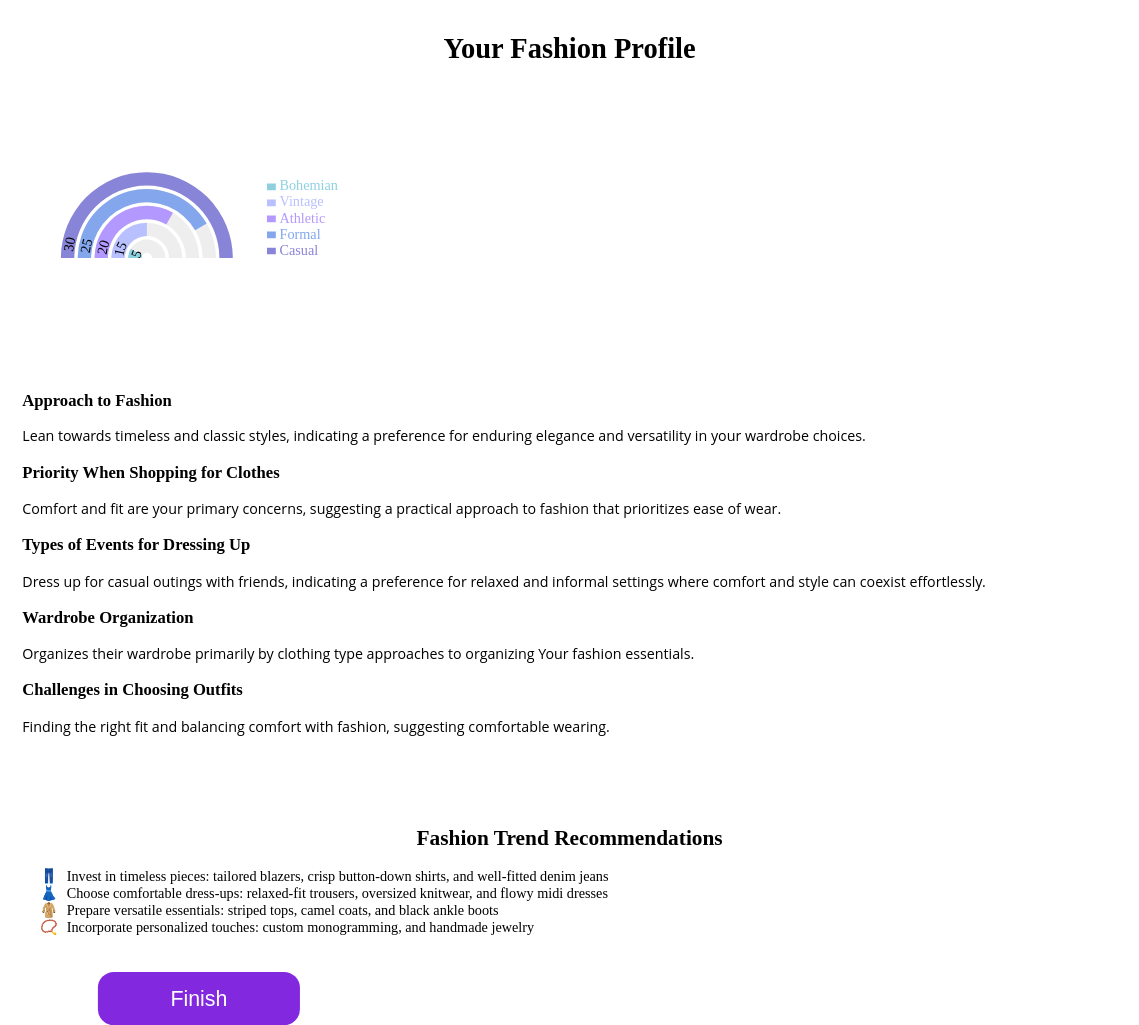
Repository: navnneett/clotho
Page: /QuizQuestions/Chart
An editor plug-in stored every save of this project. The page is shown before and after the next save, followed by the edit.
The browser window is 1280 px wide. The pictures show the whole page, at 89% of full size.
The project was rebuilt for these pictures with package versions that can differ from the ones it lists, and the page was loaded fresh each time. The framework's server and built-in components were replaced by stand-ins that run in the browser. Also part of the build but not shown: next.config.js, next.config.mjs.

Above is the page before, as saved 2024-04-06 19:41:17.

After the next save:
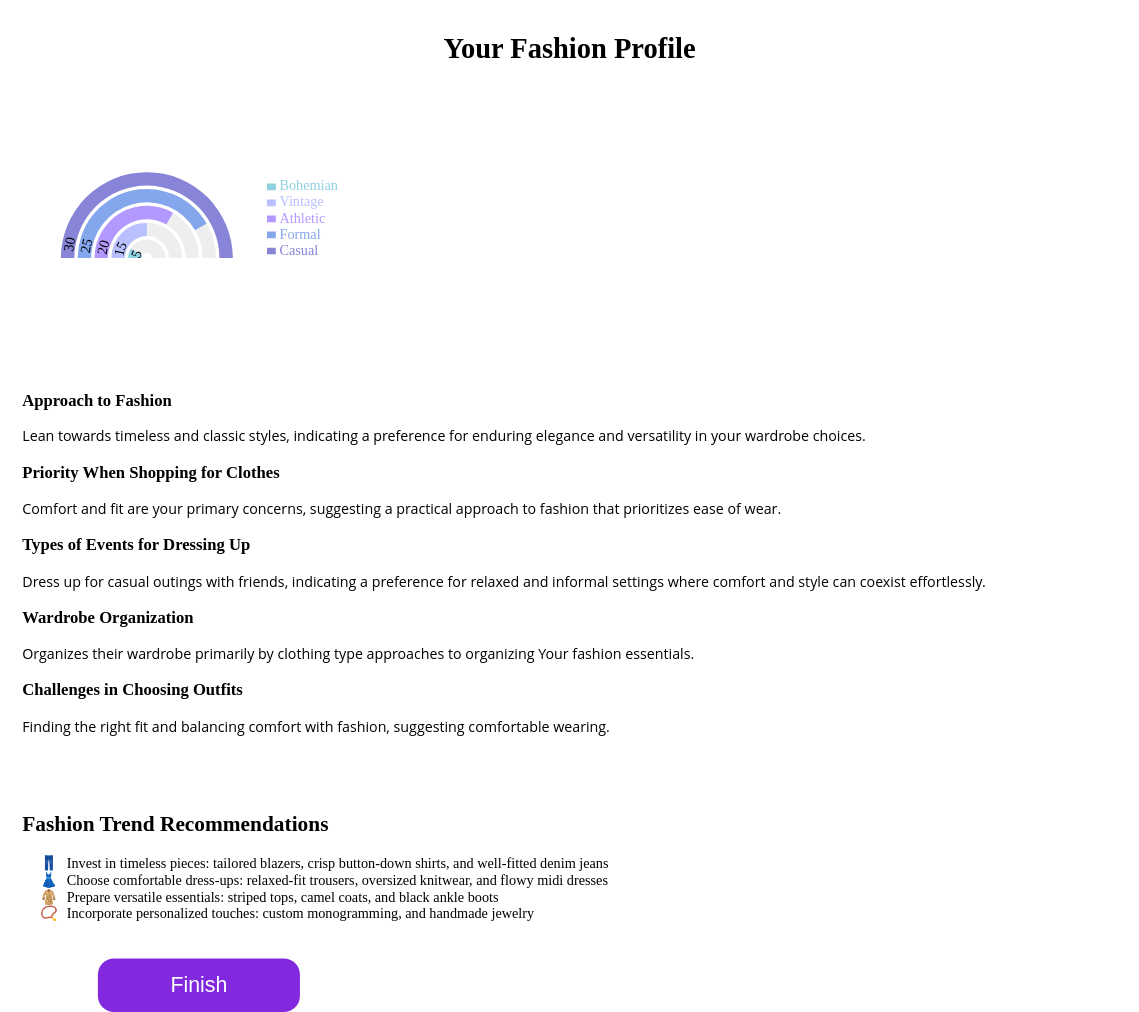
Saved 22 s later.
--- a/pages/QuizQuestions/Chart.js
+++ b/pages/QuizQuestions/Chart.js
@@ -82,7 +82,7 @@ export default function Chart() {
                 </div>
             </div>
             <div className={styles.questionAnalysis}>
-                <h2 className={styles.title} id="space">Fashion Trend Recommendations</h2>
+                <h2 className={styles.subTitle} id="space">Fashion Trend Recommendations</h2>
                 <ul analysisContent>
                     <li className={styles.bulletPointJean}>Invest in timeless pieces: tailored blazers, crisp button-down shirts, and well-fitted denim jeans</li>
                     <li className={styles.bulletPointDress}>Choose comfortable dress-ups: relaxed-fit trousers, oversized knitwear, and flowy midi dresses</li>
